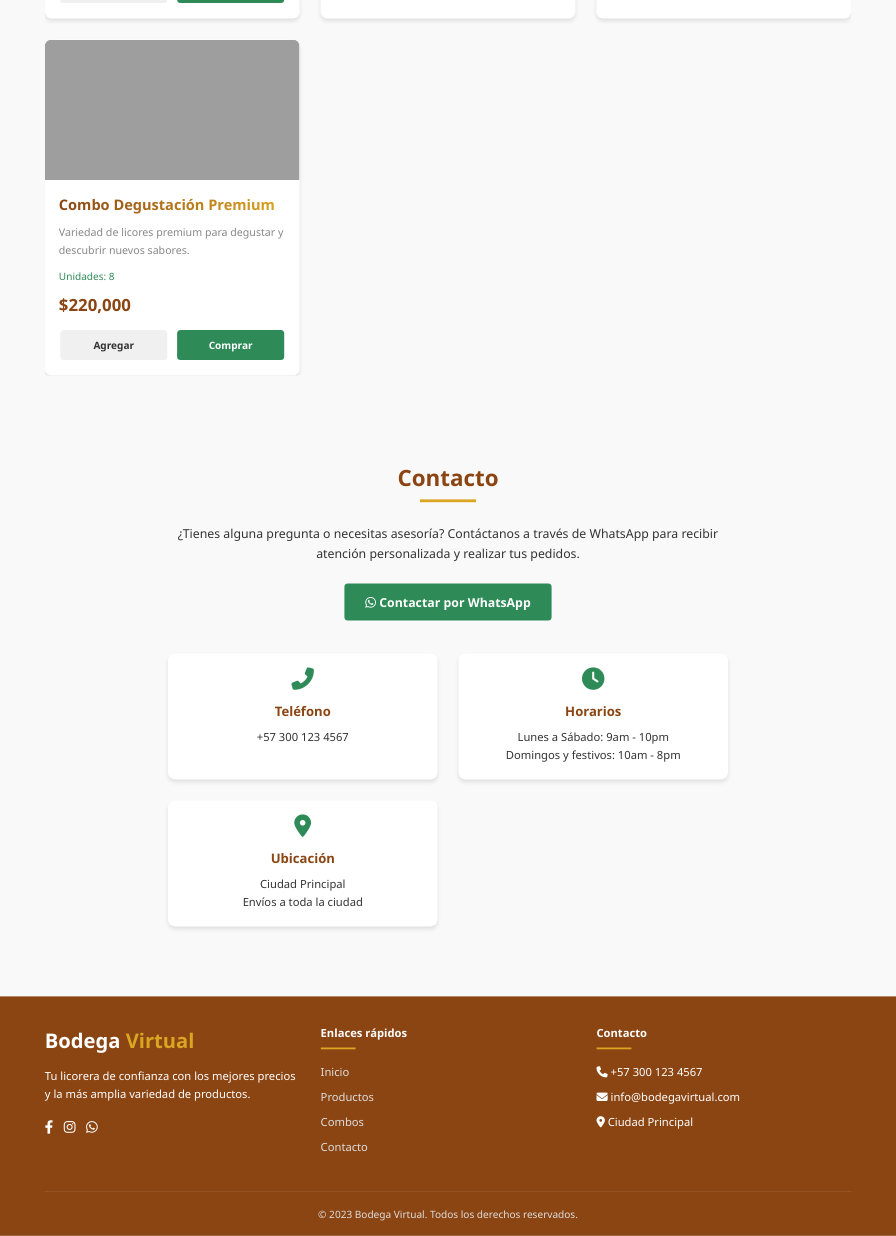
Repository: nicolasardila2002/Bodega-Virtual
Page: index.html
These files come from the project's save history. The page is drawn as it stood at one moment and after a run of saves; the edit follows.
The browser window is 1280 px wide. The pictures show the part of the page from y = 2388 to 4308 px (the page is 4154 px tall before and 4308 px after), at 70% of full size.
Pictures or frames that could not be fetched are drawn as grey boxes.

Above is the page before, as saved 2025-12-21 21:10:16.

After the next 2 saves:
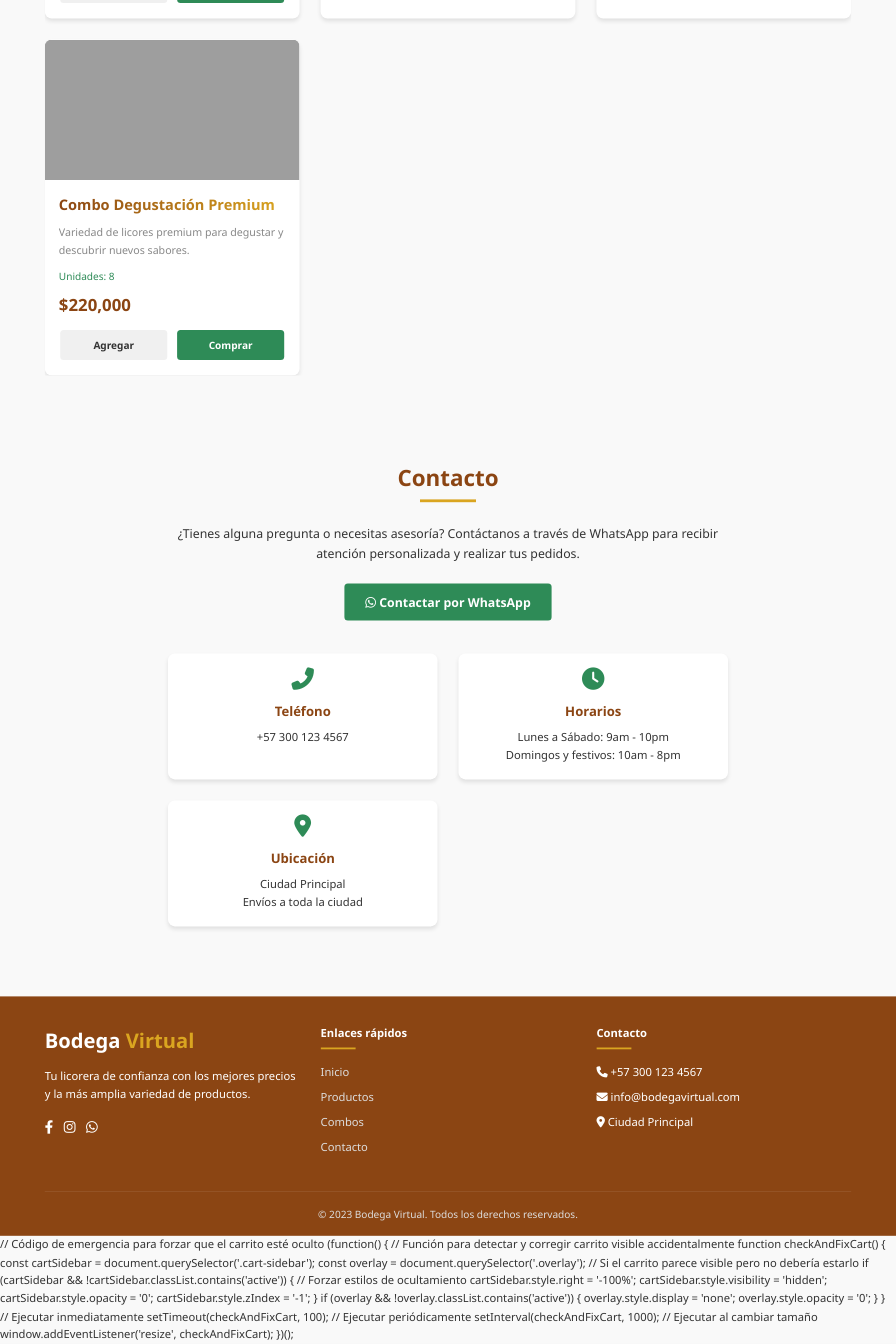
The 2 saves are shown as one change because they came seconds apart.
The last was saved 40 s later.
--- a/index.html
+++ b/index.html
@@ -169,5 +169,36 @@
     </footer>
 
     <script src="script.js"></script>
+    // Código de emergencia para forzar que el carrito esté oculto
+(function() {
+    // Función para detectar y corregir carrito visible accidentalmente
+    function checkAndFixCart() {
+        const cartSidebar = document.querySelector('.cart-sidebar');
+        const overlay = document.querySelector('.overlay');
+
+        // Si el carrito parece visible pero no debería estarlo
+        if (cartSidebar && !cartSidebar.classList.contains('active')) {
+            // Forzar estilos de ocultamiento
+            cartSidebar.style.right = '-100%';
+            cartSidebar.style.visibility = 'hidden';
+            cartSidebar.style.opacity = '0';
+            cartSidebar.style.zIndex = '-1';
+        }
+
+        if (overlay && !overlay.classList.contains('active')) {
+            overlay.style.display = 'none';
+            overlay.style.opacity = '0';
+        }
+    }
+
+    // Ejecutar inmediatamente
+    setTimeout(checkAndFixCart, 100);
+
+    // Ejecutar periódicamente
+    setInterval(checkAndFixCart, 1000);
+
+    // Ejecutar al cambiar tamaño
+    window.addEventListener('resize', checkAndFixCart);
+})();
 </body>
 </html>

After the 4 saves that followed:
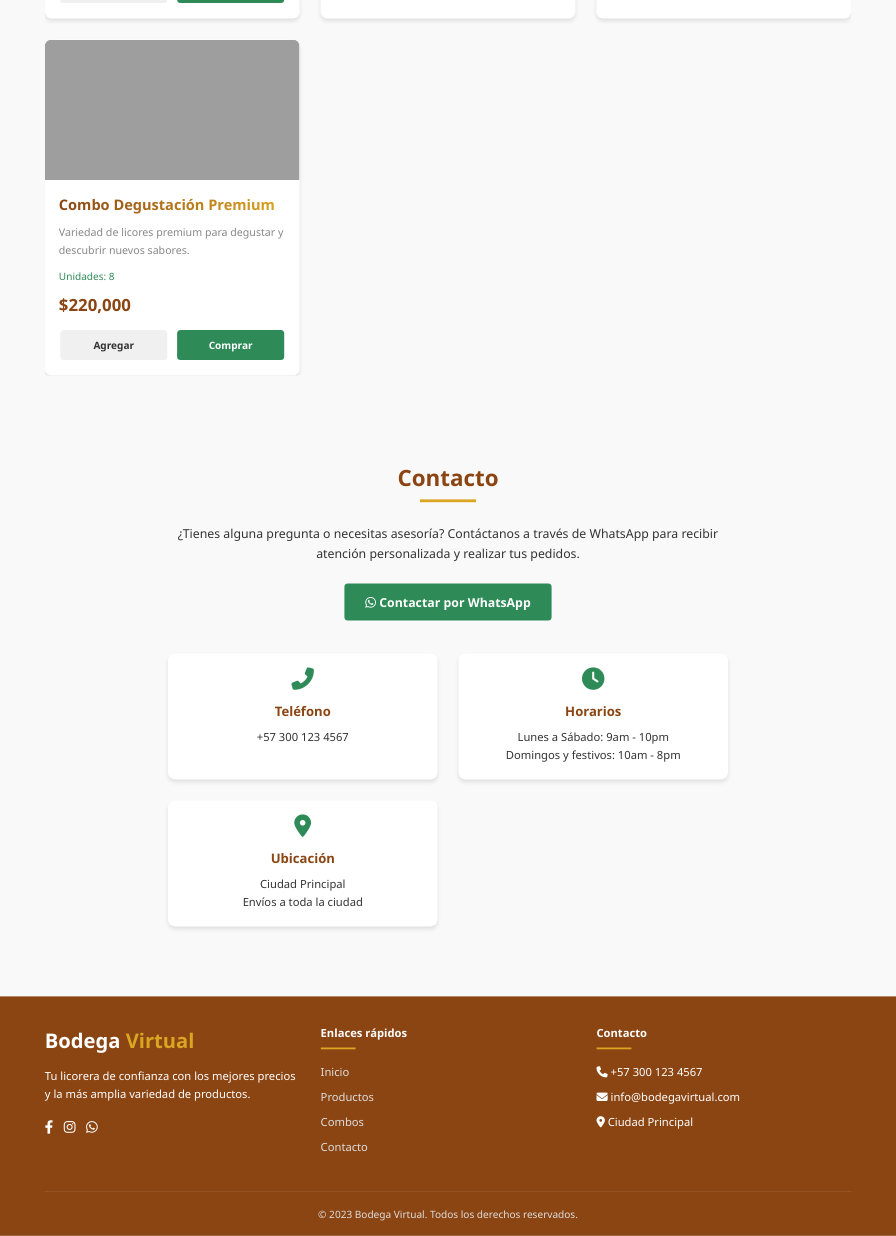
The 4 saves are shown as one change because 1 left the picture as it was and some came seconds apart.
The last was saved 28 s later.
--- a/index.html
+++ b/index.html
@@ -168,8 +168,8 @@
         </div>
     </footer>
 
-    <script src="script.js"></script>
-    // Código de emergencia para forzar que el carrito esté oculto
+    <script>
+// Código de emergencia para forzar que el carrito esté oculto
 (function() {
     // Función para detectar y corregir carrito visible accidentalmente
     function checkAndFixCart() {
@@ -200,5 +200,9 @@
     // Ejecutar al cambiar tamaño
     window.addEventListener('resize', checkAndFixCart);
 })();
+</script>
+
+    <script src="script.js"></script>
+
 </body>
 </html>
